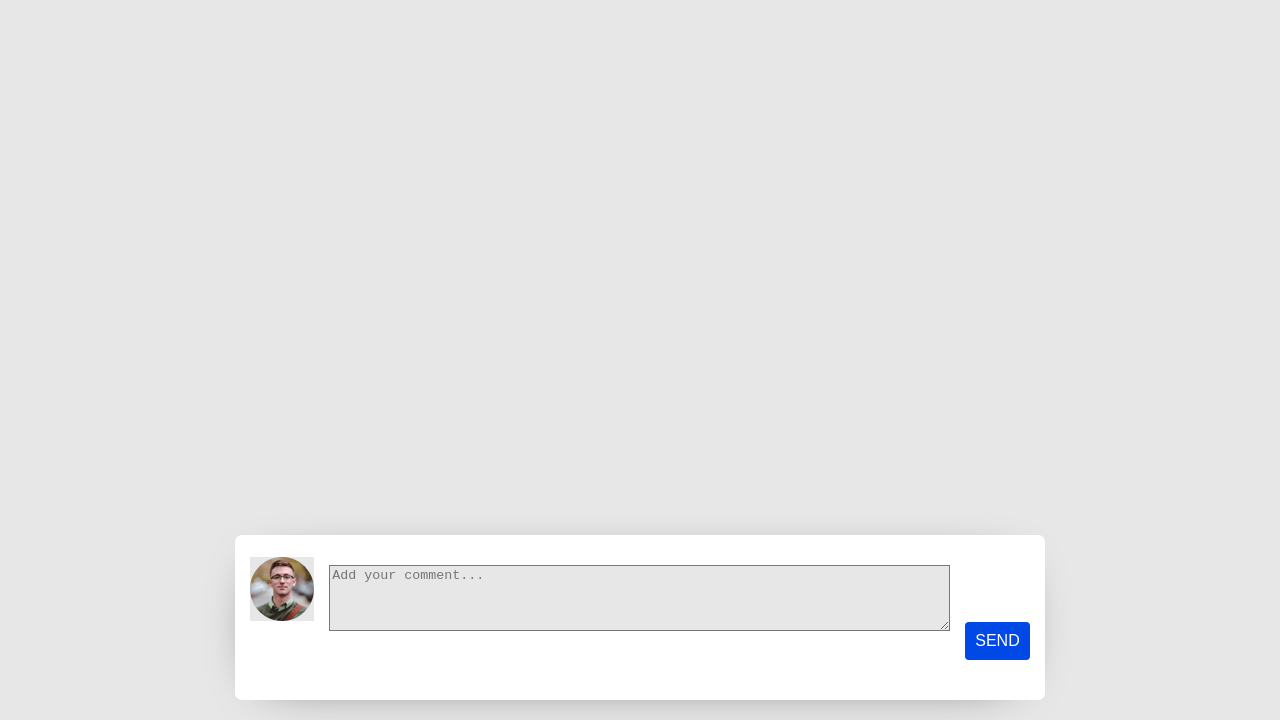
Repository: badhon252/interactive-comments-section
Page: /
The author's editor kept a copy of each file at every save. The page is drawn from the files as they stood at one save, then again after the next save.
The browser window is 1280 px wide. The pictures show the whole page.
The project was rebuilt for these pictures with package versions that can differ from the ones it lists, and the page was loaded fresh each time.

Above is the page before, as saved 2022-01-28 15:00:45.

After the next save:
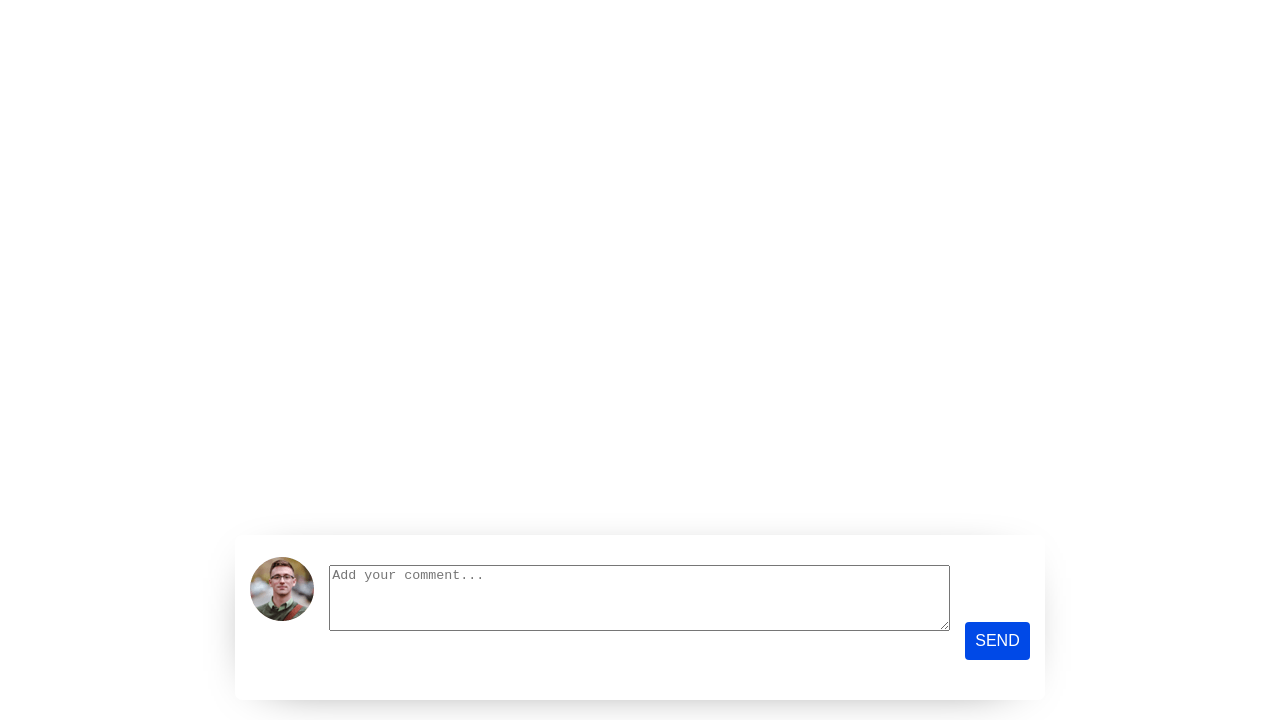
Saved 44 s later.
--- a/src/App.css
+++ b/src/App.css
@@ -1,10 +1,10 @@
 * {
-  background-color: rgb(231, 231, 231);
 }
 .main-div {
   /* width: 40rem; */
   /* margin: auto; */
   /* text-align: center; */
+  background-color: rgb(231, 231, 231);
 }
 .comment-section {
   padding: 15px;
